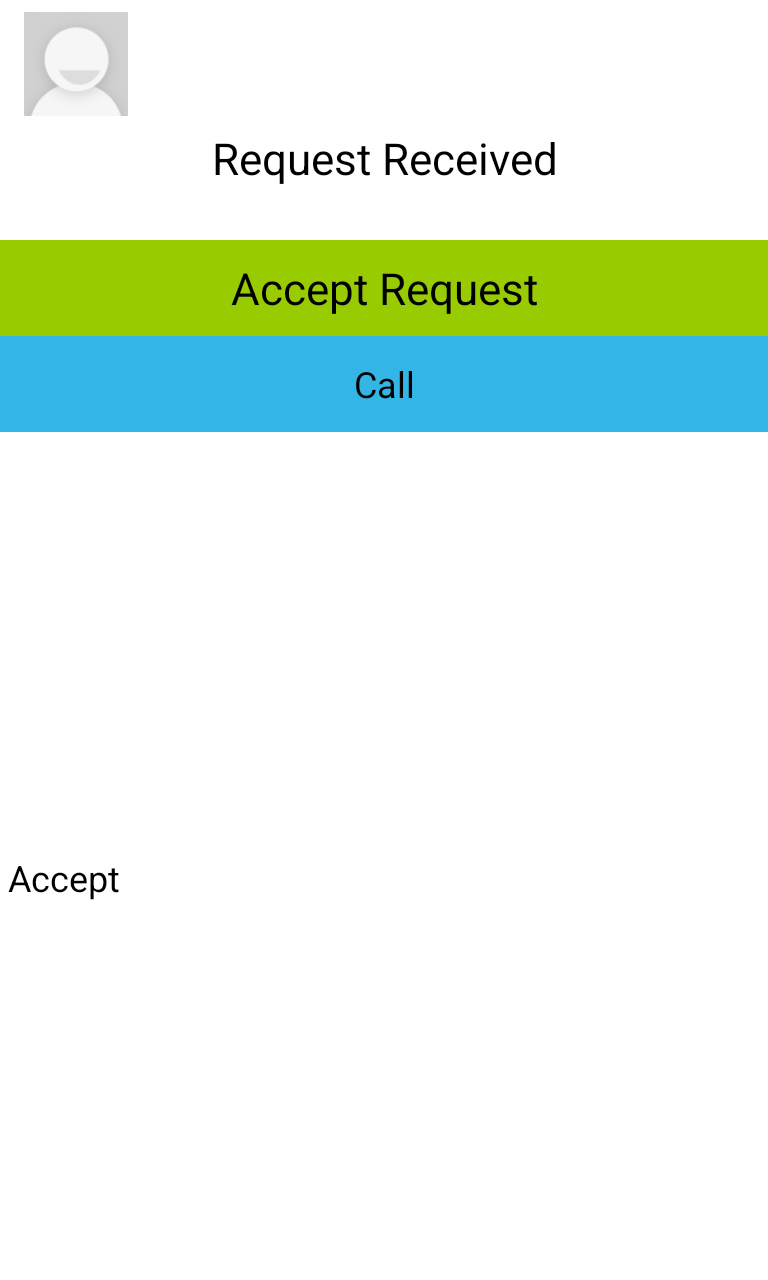
Repository: srivast6/SafeWalk
Layout: android/SafeWalk/res/layout/tryout.xml
An editor plug-in stored every save of this project. The layout is shown before and after the next save, followed by the edit.
It is drawn on a 768 x 1280 px phone screen (xhdpi) without system bars, with theme android:Theme.Holo.Light; the app's code is not run.

Above is the layout before, as saved 2013-11-20 16:28:18.

After the next save:
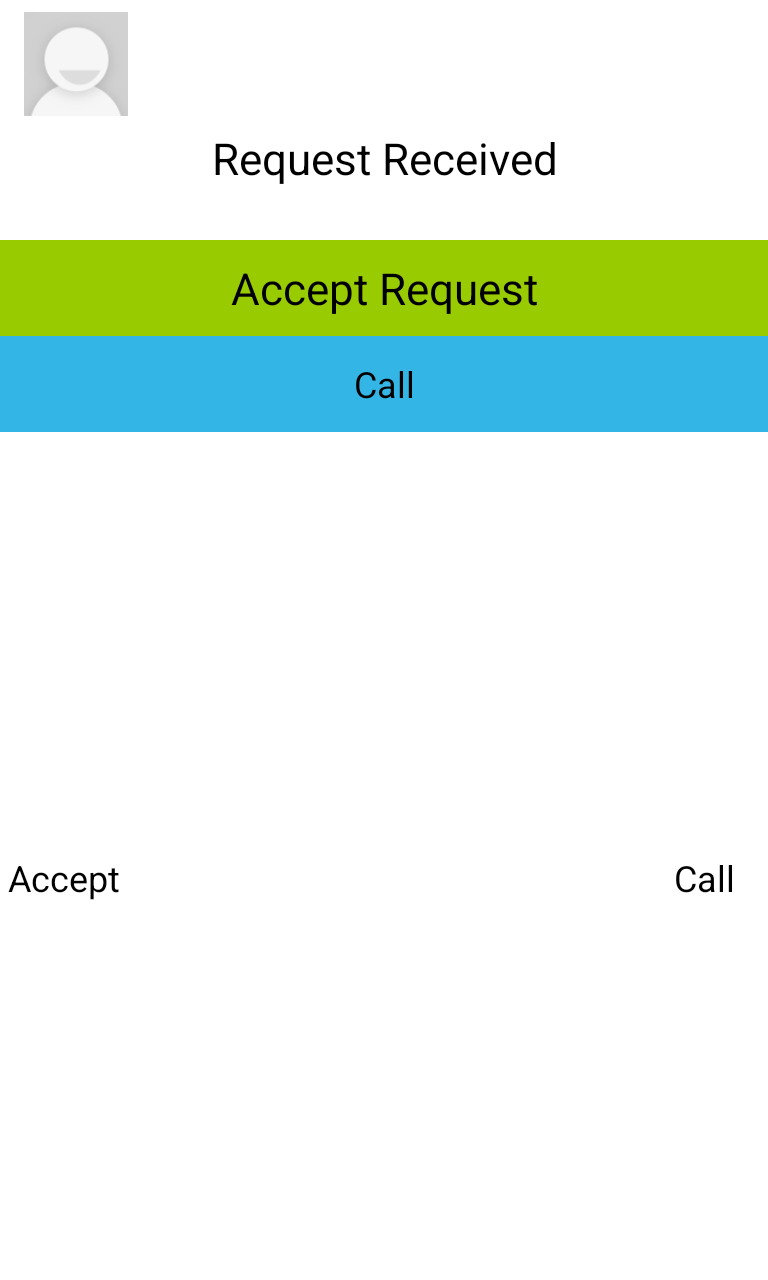
Saved 10 s later.
--- a/android/SafeWalk/res/layout/tryout.xml
+++ b/android/SafeWalk/res/layout/tryout.xml
@@ -81,8 +81,8 @@
         <Button
             android:id="@+id/btn_callPolice"
             style="?android:attr/buttonBarButtonStyle"
-            android:layout_width="100dp"
-
+            android:layout_width="wrap_content"
+            android:layout_height="fill_parent"
             android:layout_alignParentRight="true"
             android:layout_below="@id/callButton"
             android:text="Call" />
